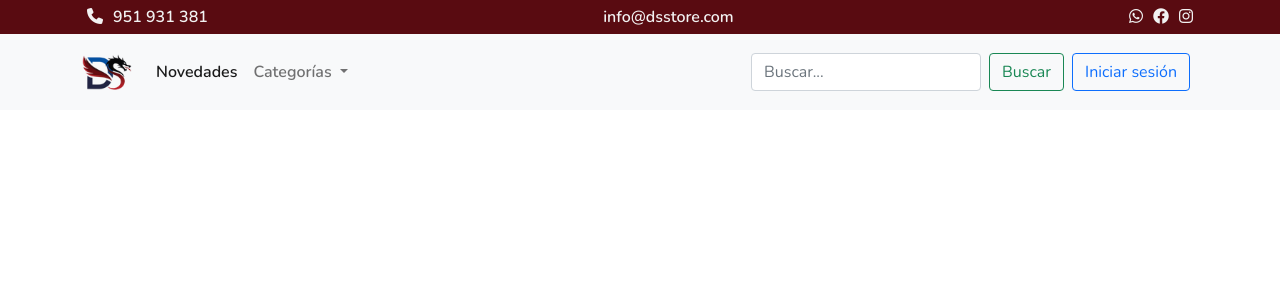
Repository: leasever/store-ts
Page: index.html
The author's editor kept a copy of each file at every save. The page is drawn from the files as they stood at one save, then again after the next save.
The browser window is 1280 px wide. The pictures show the whole page.
Some web libraries are served in a nearby version. The style sheet was rebuilt from its Sass, Less or Tailwind sources for each picture, by a compiler version that may differ from the author's.

Above is the page before, as saved 2022-09-12 17:48:07.

After the next save:
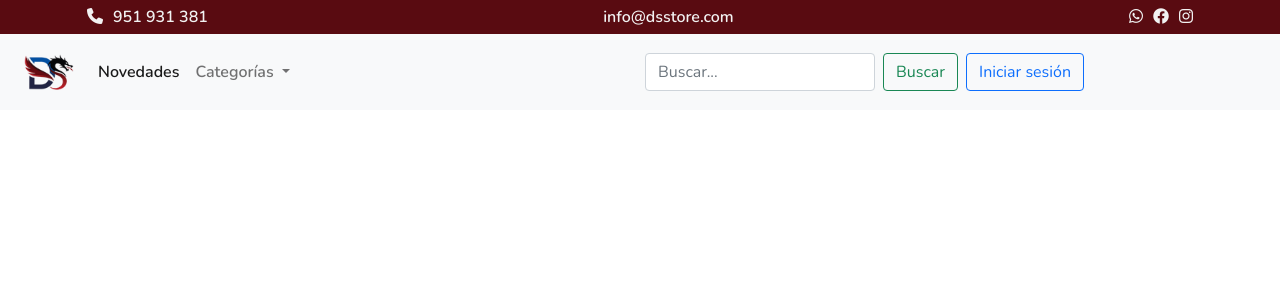
Saved 3 min 2 s later.
--- a/index.html
+++ b/index.html
@@ -48,7 +48,7 @@
          </div>
       </div>
       <div class="header-inner bg-light">
-         <div class="container">
+         <div class="container row">
             <nav class="navbar navbar-expand-lg navbar-light">
                <a class="navbar-brand" href="#">
                   <div class="main-logo"></div>

After the save that followed:
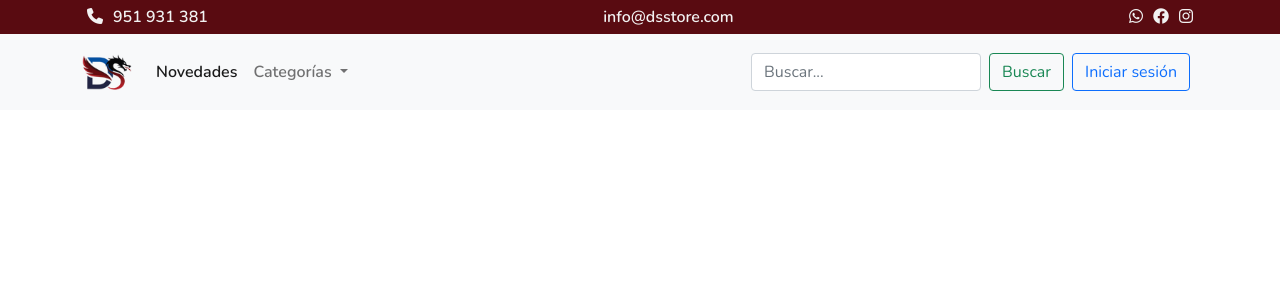
Saved 21 s later.
--- a/index.html
+++ b/index.html
@@ -48,7 +48,7 @@
          </div>
       </div>
       <div class="header-inner bg-light">
-         <div class="container row">
+         <div class="container">
             <nav class="navbar navbar-expand-lg navbar-light">
                <a class="navbar-brand" href="#">
                   <div class="main-logo"></div>
